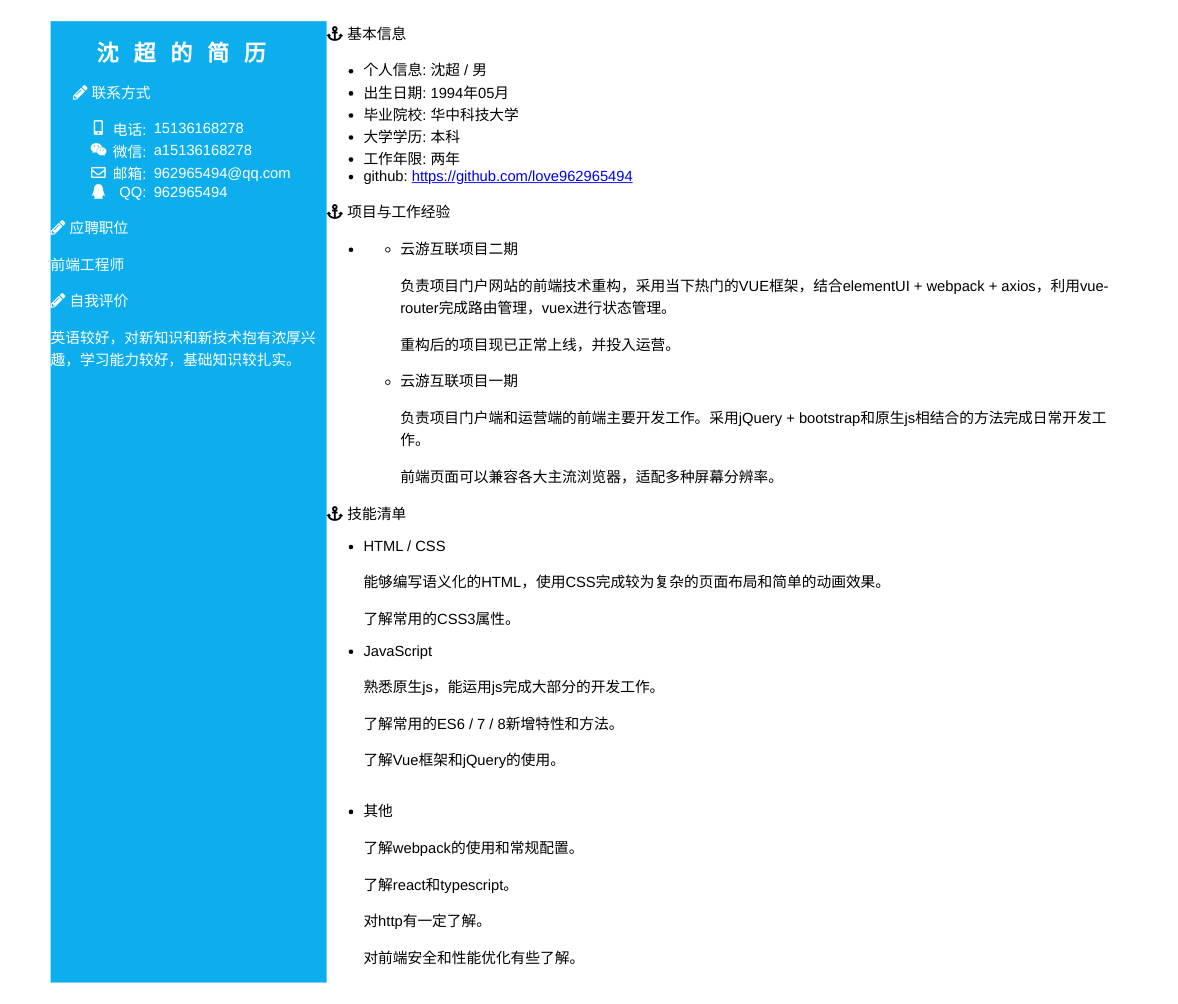
Repository: love962965494/my-resume
Page: index.html
An editor plug-in stored every save of this project. The page is shown before and after the next save, followed by the edit.
The browser window is 1280 px wide. The pictures show the whole page, at 92% of full size.
Some web libraries are served in a nearby version. The style sheet was rebuilt from its Sass, Less or Tailwind sources for each picture, by a compiler version that may differ from the author's.

Above is the page before, as saved 2018-09-02 17:35:20.

### index.html
<!DOCTYPE html>
<html lang="en">

<head>
  <meta charset="UTF-8">
  <meta name="viewport" content="width=device-width, initial-scale=1.0">
  <meta http-equiv="X-UA-Compatible" content="ie=edge">
  <title>沈超的简历</title>
  <link rel="stylesheet" href="https://use.fontawesome.com/releases/v5.0.10/css/all.css" integrity="sha384-+d0P83n9kaQMCwj8F4RJB66tzIwOKmrdb46+porD/OvrJ+37WqIM7UoBtwHO6Nlg"
    crossorigin="anonymous">
  <link rel="stylesheet" href="./styles/myResume.css">
</head>

<body>
  <div id="container" class="container">
    <!-- 左边栏 -->
    <aside class="content__left">
      <!-- 头像区域 -->
      <div class="content__left--title">
        <h1>沈超的简历</h1>
      </div>

      <!-- 联系方式区域 -->
      <div class="content__left--contact">
        <div class="title">
          <i class="fas fa-pencil-alt"></i>
          <span>联系方式</span>
        </div>
        <ul class="list">
          <li>
            <span>
              <i class="fas fa-mobile-alt"></i>
            </span>
            <span>电话:</span>
            <span>15136168278</span>
          </li>
          <li>
            <span>
              <i class="fab fa-weixin"></i>
            </span>
            <span>微信:</span>
            <span>a15136168278</span>
          </li>
          <li>
            <span>
              <i class="far fa-envelope"></i>
            </span>
            <span>邮箱:</span>
            <span>962965494@qq.com</span>
          </li>
          <li>
            <span>
              <i class="fab fa-qq"></i>
            </span>
            <span>QQ:</span>
            <span>962965494</span>
          </li>
        </ul>
      </div>

      <!-- 应聘职位区域 -->
      <div class="content__left--application">
        <span class="title">
          <i class="fas fa-pencil-alt"></i>
          <span>应聘职位</span>
        </span>
        <p class="application-job">前端工程师</p>
      </div>

      <!-- 个人评价区域 -->
      <div class="content__left--evaluation">
        <span class="title">
          <i class="fas fa-pencil-alt"></i>
          <span>自我评价</span>
        </span>
        <p class="self-evaluate">英语较好，对新知识和新技术抱有浓厚兴趣，学习能力较好，基础知识较扎实。</p>
      </div>
    </aside>

    <!-- 右边栏 -->
    <div class="content__right">
      <!-- 基本信息 -->
      <div class="basic-info info">
        <div class="header">
          <i class="fas fa-anchor"></i>
          <span>基本信息</span>
        </div>
        <div class="content">
          <ul>
            <li>
              <span>个人信息:</span>
              <span>沈超&nbsp;/&nbsp;男</span>
            </li>
            <li>
              <span>出生日期:</span>
              <span>1994年05月</span>
            </li>
            <li>
              <span>毕业院校:</span>
              <span>华中科技大学</span>
            </li>
            <li>
              <span>大学学历:</span>
              <span>本科</span>
            </li>
            <li>
              <span>工作年限:</span>
              <span>两年</span>
            </li>
            <li>
              <span>github:</span>
              <span><a href="https://github.com/love962965494" target="_blank">https://github.com/love962965494</a></span>
            </li>
          </ul>
        </div>
      </div>

      <!-- 项目经验 -->
      <div class="experience-info info">
        <div class="header">
          <i class="fas fa-anchor"></i>
          <span>项目与工作经验</span>
        </div>
        <div class="content">
          <ul>
            <li>
              <div class="company-info"></div>
              <ul class="work-experience-list">
                <li>
                  <div class="work-name circle">云游互联项目二期</div>
                  <div class="work-info">
                    <p>负责项目门户网站的前端技术重构，采用当下热门的VUE框架，结合elementUI + webpack + axios，利用vue-router完成路由管理，vuex进行状态管理。</p>
                    <p>重构后的项目现已正常上线，并投入运营。</p>
                  </div>
                  <div class="work-picture"></div>
                </li>
                <li style="padding-top: 0">
                  <div class="work-name circle">云游互联项目一期</div>
                  <div class="work-info">
                    <p>负责项目门户端和运营端的前端主要开发工作。采用jQuery + bootstrap和原生js相结合的方法完成日常开发工作。</p>
                    <p>前端页面可以兼容各大主流浏览器，适配多种屏幕分辨率。</p>
                  </div>
                  <div class="work-picture"></div>
                </li>
              </ul>
            </li>
            </li>
          </ul>
        </div>
      </div>

      <!-- 技能清单 -->
      <div class="skill-info info">
        <div class="header">
          <i class="fas fa-anchor"></i>
          <span>技能清单</span>
        </div>
        <div class="content">
          <ul class="skill-list">
            <li>
              <div class="skill-name circle">HTML / CSS</div>
              <div class="skill-info">
                <p>能够编写语义化的HTML，使用CSS完成较为复杂的页面布局和简单的动画效果。</p>
                <p>了解常用的CSS3属性。</p>
              </div>
            </li>
            <li>
              <div class="skill-name circle">JavaScript</div>
              <div class="skill-info">
                <p>熟悉原生js，能运用js完成大部分的开发工作。</p>
                <p>了解常用的ES6 / 7 / 8新增特性和方法。</p>
                <p>了解Vue框架和jQuery的使用。</p>
              </div>
            </li>
            <li style="border-top: 15px solid transparent;">
              <div class="skill-name circle">其他</div>
              <div class="skill-info">
                <p>了解webpack的使用和常规配置。</p>
                <p>了解react和typescript。</p>
                <p>对http有一定了解。</p>
                <p>对前端安全和性能优化有些了解。</p>
              </div>
            </li>
          </ul>
        </div>
      </div>
    </div>
  </div>
</body>

</html>

### styles/myResume.scss
@mixin text-center {
  text-align: center;
}

@mixin row {
  grid-column: 1 / span 12;
}

@media (min-width: 992px) {
  .container {
    width: 970px;
  }
}

@media (min-width: 1200px) {
  .container {
    width: 1170px;
  }
}

.container {
  display: grid;
  grid-template-columns: minmax(200px, 300px) 1fr;
  padding: 15px;
  margin: auto;
  font-family: "Helvetica Neue",Helvetica,"PingFang SC","Hiragino Sans GB","Microsoft YaHei","微软雅黑",Arial,sans-serif;
}

.content__left {
  display: grid;
  grid-template-columns: repeat(12, 1fr);
  grid-template-rows: repeat(4, min-content);
  background-color: #0daeee;
  color: #fff;

  &--title {
    @include row;
    @include text-center;
    margin: 15px;

    & > h1 {
      margin: 0;
      white-space: nowrap;
      letter-spacing: 1rem;
    }
  }

  &--contact {
    @include row();

    & > .title {
      padding-left: 1.5rem;
    }

    & > .list {
      list-style: none;

      & > li {
        display: grid;
        grid-template-columns: 1.5rem 3rem 1fr;
        align-items: center;

        & > span:nth-of-type(1) {
          text-align: center;
        }

        & > span:nth-of-type(2) {
          text-align: right;
          padding-right: .5rem;
        }
      }
    }
  }

  &--application {
    @include row();
  }

  &--evaluation {
    @include row();
  }
}

After the next save:
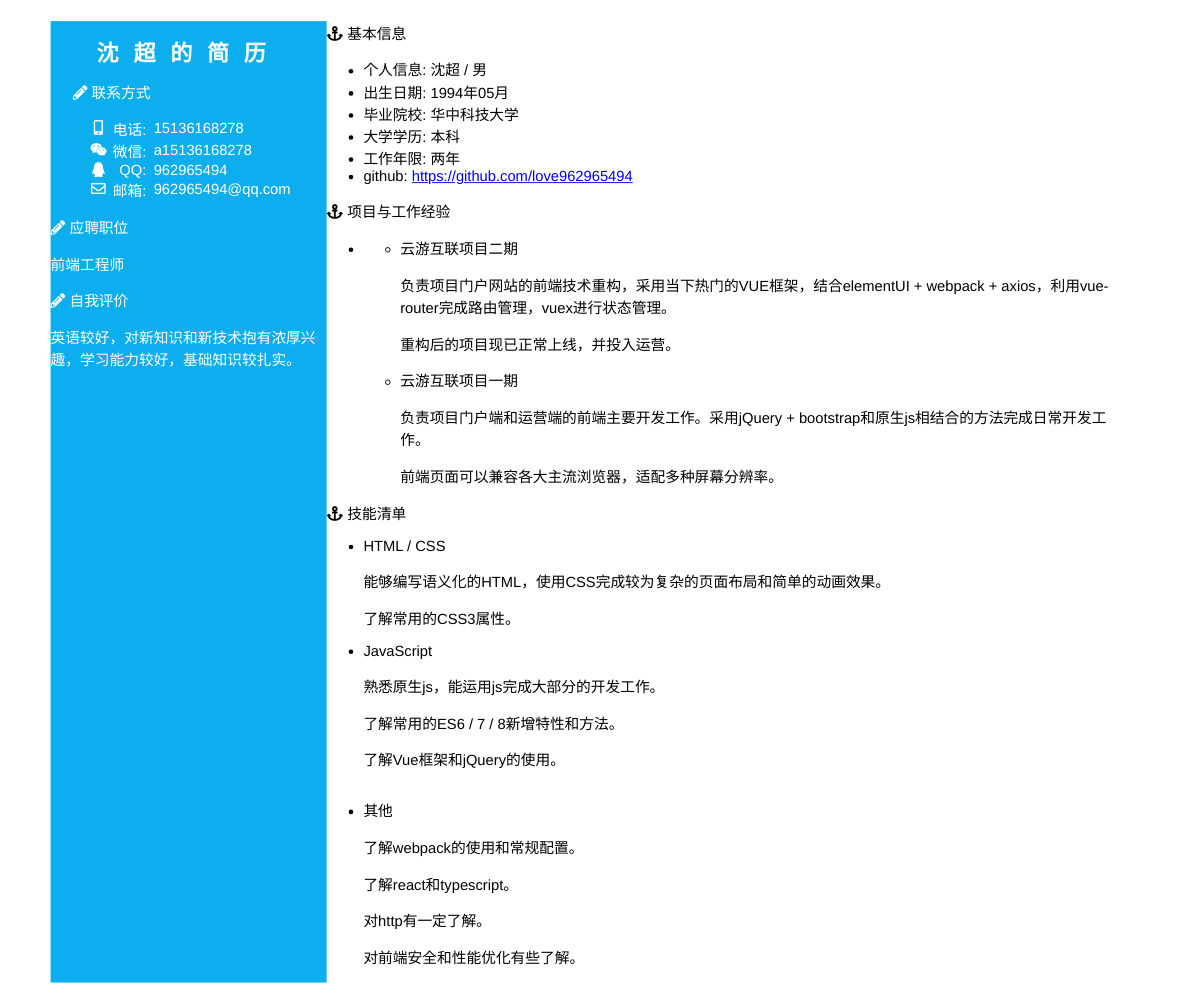
Saved 14 s later.
--- a/index.html
+++ b/index.html
@@ -43,17 +43,17 @@
           </li>
           <li>
             <span>
+              <i class="fab fa-qq"></i>
+            </span>
+            <span>QQ:</span>
+            <span>962965494</span>
+          </li>
+          <li>
+            <span>
               <i class="far fa-envelope"></i>
             </span>
             <span>邮箱:</span>
             <span>962965494@qq.com</span>
-          </li>
-          <li>
-            <span>
-              <i class="fab fa-qq"></i>
-            </span>
-            <span>QQ:</span>
-            <span>962965494</span>
           </li>
         </ul>
       </div>
